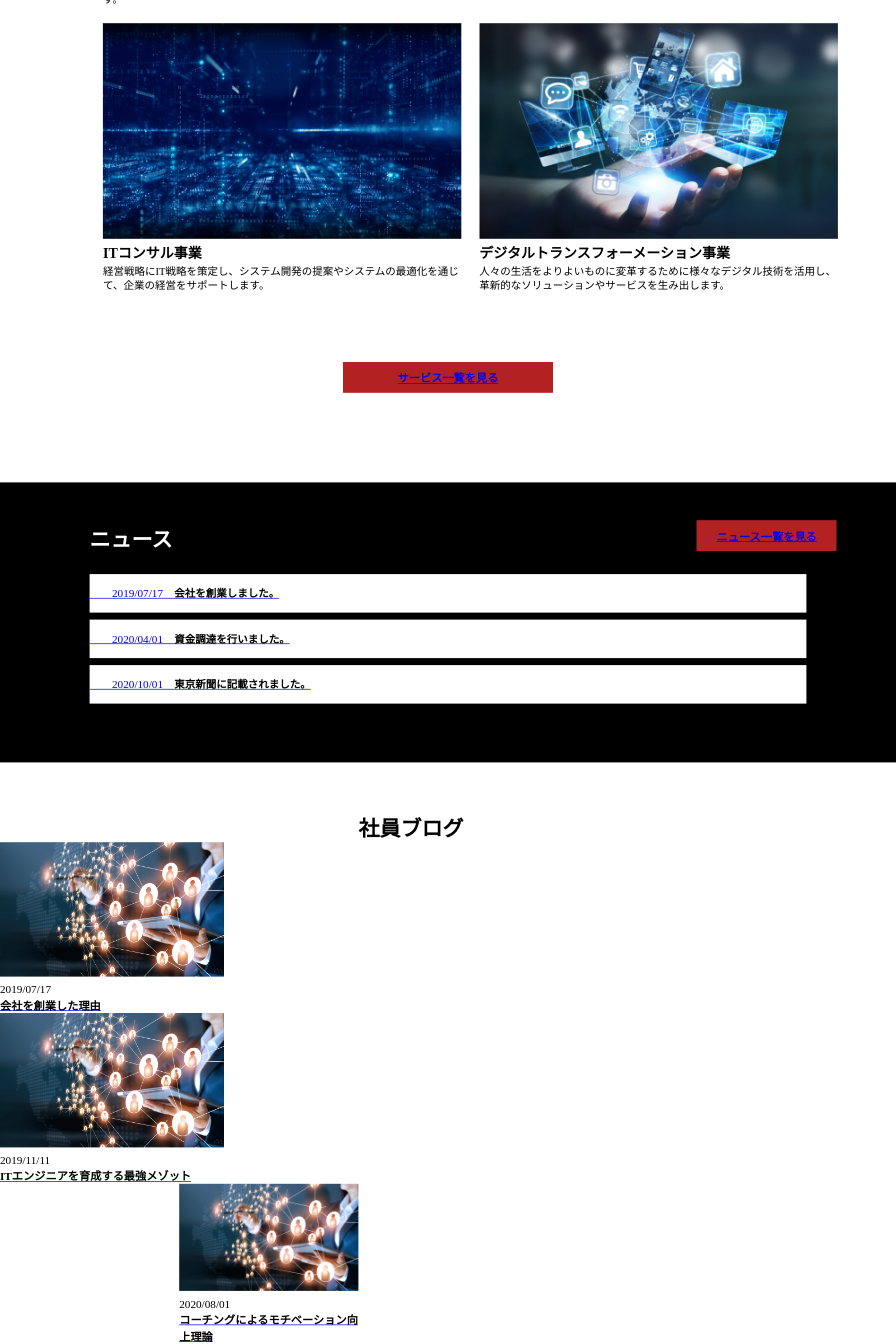
Repository: sigemasaasuka/20211012sigemasa
Page: index.html
These files come from the project's save history. The page is drawn as it stood at one moment and after the next save; the edit follows.
The browser window is 1280 px wide. The pictures show the part of the page from y = 1323 to 3243 px (the page is 3243 px tall before and 3200 px after), at 70% of full size.

Above is the page before, as saved 2021-10-19 18:00:18.

### index.html
<!DOCTYPE html>
<html lang="ja">

<head>
  <meta charset="UTF-8">
  <meta name="viewport" content="width=device-width, initial-scale=1.0">
  <title>Document</title>

    <link rel="stylesheet" href="css/reset.css">
    <link rel="stylesheet" href="css/index.css">
</head>
<body>
  <header class="header">
    <div class="header-logo">
      <img class="logo" src="img/logo.png" alt="logo">
    </div>
    <nav class="header-nav">
      <ul class="header-nav-list">
        <li class="header-nav-item"><a href="index.html">ホーム</a></li>
        <li class="header-nav-item"><a href="service.html">事業内容</a></li>
        <li class="header-nav-item"><a href="news.html">ニュース</a></li>
        <li class="header-nav-item"><a href="blog.html">社員ブログ</a></li>
        <li class="header-nav-item"><a href="company.html">会社概要</a></li>
        <li class="header-nav-item"><a href="recruit.html">採用情報</a></li>
        <li class="header-nav-item"><a href="contact.html">お問い合わせ</a></li>
      </ul>
    </nav>
  </header>
  <div class="home">
  <div class="home-photo">
    <div class="home-title">
    <p>最新のテクノロジーで社会課題を解決</p>
      <div class="home-title2">
      <p>Solving　issues　with　the　latest　technology</p>
     </div>
    </div>
    </div>
    </div>
    <div class="home-color">
      <div class="hope">
        <p><br><br>株式会社TECHの想い</p>
        <div class="hope2">
          <p>あらゆる産業において、新たなデジタル技術を使ってこれまでにないビジネスモデルを展開する新規参加者が登場し、ゲームチェンジが起ころうとしています。こうした<br>中で、各企業は、競争力維持・強化のために、DXを迅速に進めていくことが求められています。しかし、DXにおいて投資コストは非常にかかります。株式会社TECHでは<br>独自のオペレーションと人材教育により、他社よりも価格を抑えた開発を行います。</p>
        </div>
      </div>
    </div>
    <div class="service">
      <p>サービス</p>
      </div>
      <div class="png1">
      <div class="service1">
        <img  src="img/service1.png"  alt="service1">
        <div class="it">
        <p>IT人材育成事業</p>
        <div class="it2">
        <p>これまでに培った教育手法を生かして、短期間で即戦力のIT人材を育成します。</p>
        </div>
      </div>
      </div>
      <div class="service2">
      <img  src="img/service2.png" alt="service2">
      <div class="coach">
        <p>コーチング事業</p>
        <div class="coach2">
          <p>目標達成を最短で実現するために、プロのコーチによるマンツーマンのサポートを実施します</p>
        </div>
      </div>
      </div>
      </div>
      <div class="png2">
      <div class="service3">
        <img src="img/service3.png" alt="service3">
        <div class="Consultant">
          <p>ITコンサル事業</p>
          <div class="Consultant2">
            <p>経営戦略にIT戦略を策定し、システム開発の提案やシステムの最適化を通じて、企業の経営をサポートします。</p>
          </div>
        </div>
      </div>
      <div class="service4">
        <img src="img/service4.png" alt="service4">
        <div class="formation">
          <p>デジタルトランスフォーメーション事業</p>
          <div class="formation2">
            <p>人々の生活をよりよいものに変革するために様々なデジタル技術を活用し、革新的なソリューションやサービスを生み出します。</p>
          </div>
        </div>
      </div>
      </div>
      <div class="list">
        <a href="service.html">サービス一覧を見る</a>
      </div>
      <div class="news">
        <div class="nesw-list">
          <div class="news-font">
          <p>ニュース</p></div>
          <div class="news-button">
            <a href="news.html">ニュース一覧を見る</a>
          </div>
        </div>
        <div class="news-info1">
          <a href="index.html">　　2019/07/17　<span class="co">会社を創業しました。</span></a></div>
          <div class="news-info2">
          <a href="index.html">　　2020/04/01　<span class="fund">資金調達を行いました。</span></a></div>
          <div class="news-info3">
          <a href="index.html">　　2020/10/01　<span class="newspaper">東京新聞に記載されました。</span></a></div>
      </div>
      <div class="blog">
        <p>社員ブログ</p>
        </div>
        <div class="reason">
        <div class="reason-png">
          <a href="index.html">
            <img src="img/blog.png" alt="blog">
          </a>
          <p class="reason1">2019/07/17</p>
          <a href="index.html"><p class="reason2">会社を創業した理由</p></a>
        </div>
        </div>
        <div class="nurturing">
        <div class="nurturing-png">
          <a href="index.html">
            <img src="img/blog.png" alt="blog">
          </a>
          <p class="nurturing1">2019/11/11</p>
          <a href="index.html">
            <p class="nurturing2">ITエンジニアを育成する最強メゾット</p>
          </a>
        </div>
      </div>
      <div class="coaching">
        <div class="coaching-png">
        <a href="index.html">
          <img src="img/blog.png" alt="blog">
        </a>
        <p class="coaching1">2020/08/01</p>
        <a href="index.html">
          <p class="coaching2">コーチングによるモチベーション向上理論</p>
        </a>
        </div>
        </div>


<script src="js/main.js"></script>
</body>
</html>

### css/reset.css
@charset "UTF-8";
html, body, div, span, applet, object, iframe,
h1, h2, h3, h4, h5, h6, p, blockquote, pre,
a, abbr, acronym, address, big, cite, code,
del, dfn, em, img, ins, kbd, q, s, samp,
small, strike, strong, sub, sup, tt, var,
b, u, i, center,
dl, dt, dd, ol, ul, li,
fieldset, form, label, legend,
table, caption, tbody, tfoot, thead, tr, th, td,
article, aside, canvas, details, embed,
figure, figcaption, footer, header, hgroup,
menu, nav, output, ruby, section, summary,
time, mark, audio, video {
margin: 0;
padding: 0;
border: none;
font-style: normal;
text-align: left;
zoom: 1;
}
article, aside, details, figcaption, figure,
footer, header, hgroup, menu, nav, section {
display: block;
}
table {
border-collapse: collapse;
font-family: inherit;
}
h1,h2,h3,h4,h5 {
font-size: 100%;
font-weight: normal;
line-height: 1;
}
input,textarea,select {
font-family: inherit;
font-size: 16px;
}
input[type="button"],input[type="text"],input[type="submit"] {
 -webkit-appearance: none;
 border-radius: 0;
}
textarea {
resize: none;
-webkit-appearance: none;
border-radius: 0;
}
th,td {
border-collapse: collapse;
}
table th,table td {
white-space: nowrap;
}
ul,ol {
list-style-type: none;
}
img {
vertical-align: text-bottom;
vertical-align: -webkit-baseline-middle;
max-width: 100%;
height: auto;
width /***/:auto;
}

### css/index.css
.logo {
  text-decoration: none;
  color: inherit;
  width: 50%;
}
.header {
  width: 100%;
  display: flex;
  justify-content: space-between;
  align-items: center;
  height: 70px;
  padding: 0 30px;
  position: fixed;
  box-sizing: border-box;
  background-color: #fff;
  color: #000;
}

.a {
  text-decoration: none;
}

.header-ttl {
  font-size: 24px;
  width: 80px;
}

.header-nav-list {
  display: flex;
  font-weight: bold;
}

.header-nav-item:not(:last-child) {
  margin-right: 30px;
}

.home-photo {
  position: relative;
  padding-top: calc(250 / 683 * 100%); /* calc(画像高さ ÷ 画像横幅 × 100%) */
  background: url(../img/mv.png) center center / cover no-repeat;
}

.home-title {
  display: flex;
  flex-direction: column;
  position: absolute;
  font-size: 50px;
  margin-left: 20%;
  top: 40%;
  font-weight: bolder;
  color: #fff;
}

.home-title2 {
  display: flex;
  position: absolute;
  font-size: 20px;
  margin-top: 45px;
  margin-left: 23%;
  top: 40%;
  font-weight: bold;
  color: #fff;
}

.home-color {
  background-color: #000;
  height: 300px;
}

.hope {
  top: 30%;
  display: flex;
  flex-direction: column;
  font-weight: bolder;
  font-size: 30px;
  margin-left: 10%;
  color: #fff;
}

.hope2 {
  display: flex;
  font-size: 15px;
  margin-top: 20px;
  font-weight: normal;
  color: #fff;
}

.service {
  margin-top: 5%;
  margin-left: 45%;
  font-size: 35px;
  font-weight: bolder;
}

.png1 {
  display: flex;
  justify-content: center;
}

.service1 {
  margin-top: 5%;
  margin-left: 5%;
  width: 40%;
}

.it {
  margin-top: 1%;
  font-size: 20px;
  font-weight: bolder;
}

.it2 {
  font-size: 15px;
  font-weight: normal;
}

.service2 {
  margin-top: 3%;
  margin-left: 2%;
  width: 40%;
}

.coach {
  margin-top: 1%;
  font-size: 20px;
  font-weight: bolder;
}

.coach2 {
  font-size: 15px;
  font-weight: normal;
}

.png2 {
  display: flex;
  justify-content: center;
}

.service3 {
  margin-top: 2%;
  margin-left: 5%;
  width: 40%;
}

.Consultant {
  margin-top: 1%;
  font-size: 20px;
  font-weight: bolder;
}

.Consultant2 {
  font-size: 15px;
  font-weight: normal;
}

.service4 {
  margin-top: 2%;
  margin-left: 2%;
  width: 40%;
}

.formation {
  margin-top: 1%;
  font-size: 20px;
  font-weight: bolder;
}

.formation2 {
  font-size: 15px;
  font-weight: normal;
}

.list {
  width: 300px;
  padding: 10px 0;
  color: #fff;
  font-weight: bold;
  background: #b22222;
  text-align: center;
  margin: 100px auto 0;
  display: block;
}

.news {
  margin-top: 10%;
  background-color: #000;
  height: 400px;
}

.nesw-list {
  margin-left: 10%;
  display: flex;
  justify-content: flex-start;
  align-items: center;
}

.news-font {
  font-weight: bold;
  font-size: 30px;
  color: #fff;
  margin-top: 5%;
}

.news-button {
  color: #fff;
  margin-top: 50px;
  margin-left: 65%;
  width: 200px;
  padding: 10px 0;
  font-weight: bold;
  background: #b22222;
  text-align: center;
  display: block;
}

.news-info1 {
  margin-top: 30px;
  margin-left: 10%;
  width: 80%;
  height: 35px;
  padding: 10px 0;
  background: #fff;
  line-height: 35px;
  display: block;
  color: #000;
}
.co {
  font-size: 15px;
  font-weight: bold;
  color: #000;
}

.news-info2 {
  margin-top: 10px;
  margin-left: 10%;
  width: 80%;
  height: 35px;
  padding: 10px 0;
  background: #fff;
  line-height: 35px;
  display: block;
  color: #000;
}
.fund {
  font-size: 15px;
  font-weight: bold;
  color: #000;
}

.news-info3 {
  margin-top: 10px;
  margin-left: 10%;
  width: 80%;
  height: 35px;
  padding: 10px 0;
  background: #fff;
  line-height: 35px;
  display: block;
  color: #000;
}
.newspaper {
  font-size: 15px;
  font-weight: bold;
  color: #000;
}

.blog {
  margin-top: 70px;
  margin-left: 40%;
  font-size: 30px;
  font-weight: bolder;
}

.reason {
  display: flex;
  justify-content: flex-start;
  flex-direction: row;
}
.reason-png {
  width: 25%;
}

.reason1 {
  margin-top: 10px;
  color: #000;
}

.reason2 {
  font-weight: bolder;
  color: #000;
}

.nurturing {
  display: flex;
  justify-content: flex-start;
  flex-direction: row;
}
.nurturing-png {
  width: 25%;
}

.nurturing1 {
  margin-top: 10px;
  color: #000;
}

.nurturing2 {
  font-weight: bolder;
  color: #000;
}

.coaching {
  display: flex;
  justify-content: flex-start;
  flex-direction: row;
  margin-left: 20%;
}

.coaching-png {
  width: 25%;
}

.coaching1 {
  margin-top: 10px;
  color: #000;
}

.coaching2 {
  font-weight: bolder;
  color: #000;
}

Loaded but not shown: js/main.js (no stored copy; drawn as an empty file)

After the next save:
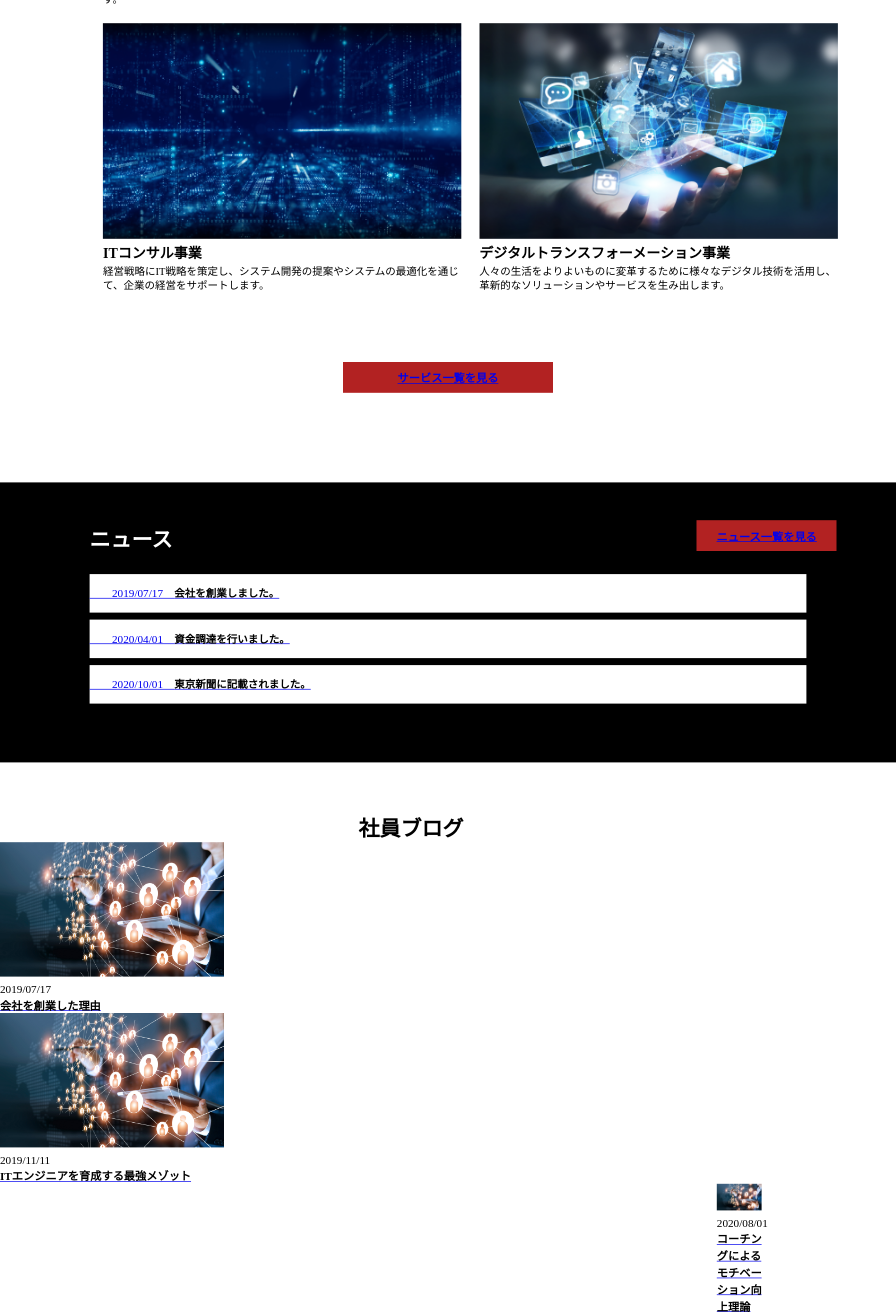
Saved 21 s later.
--- a/css/index.css
+++ b/css/index.css
@@ -313,7 +313,7 @@
   display: flex;
   justify-content: flex-start;
   flex-direction: row;
-  margin-left: 20%;
+  margin-left: 80%;
 }
 
 .coaching-png {
